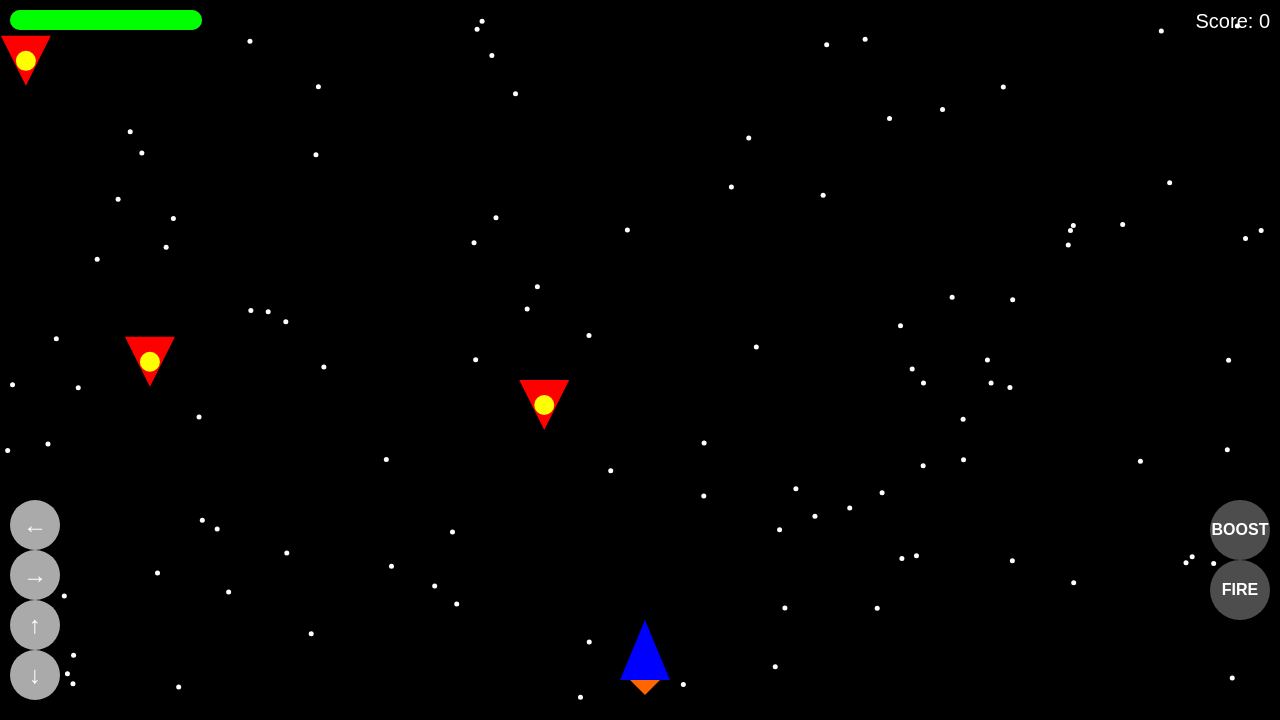
Repository: BiranOrundas/space-shooter
Page: space-shooter.html
An editor plug-in stored every save of this project. The page is shown before and after the next save, followed by the edit.
The browser window is 1280 px wide. The pictures show the whole page.

Above is the page before, as saved 2025-03-13 15:50:20.

### space-shooter.html
<!DOCTYPE html>
<html lang="en">
<head>
  <meta charset="UTF-8">
  <meta name="viewport" content="width=device-width, initial-scale=1.0">
  <title>Space Shooter</title>
  <style>
    body {
      margin: 0;
      overflow: hidden;
      touch-action: none;
      font-family: Arial, sans-serif;
      background-color: #000;
      display: flex;
      justify-content: center;
      align-items: center;
      height: 100vh;
    }

    #game-container {
      position: relative;
      width: 100vw;
      height: 100vh;
      background-color: #000;
      overflow: hidden;
      touch-action: none;
    }

    #game-canvas {
      width: 100%;
      height: 100%;
    }

    #controls {
      position: absolute;
      bottom: 20px;
      left: 0;
      width: 100%;
      display: flex;
      justify-content: space-between;
      z-index: 10;
    }

    .direction-btn {
      width: 50px;
      height: 50px;
      background-color: rgba(255, 255, 255, 0.3);
      border-radius: 50%;
      display: flex;
      justify-content: center;
      align-items: center;
      color: white;
      font-weight: bold;
      font-size: 24px;
      user-select: none;
      margin: 0 10px;
    }
    .direction-btnpress {
      width: 50px;
      height: 50px;
      background-color: rgba(24, 124, 4, 0.3);
      border-radius: 50%;
      display: flex;
      justify-content: center;
      align-items: center;
      color: white;
      font-weight: bold;
      font-size: 24px;
      user-select: none;
      margin: 0 10px;
    }

    .action-btn {
      width: 60px;
      height: 60px;
      background-color: rgba(255, 255, 255, 0.3);
      border-radius: 50%;
      display: flex;
      justify-content: center;
      align-items: center;
      color: white;
      font-weight: bold;
      font-size: 16px;
      user-select: none;
      margin: 0 10px;
    }

    #life-bar-container {
      position: absolute;
      top: 10px;
      left: 10px;
      width: 15%;
      height: 20px;
      background-color: rgba(255, 255, 255, 0.3);
      border-radius: 10px;
    }

    #life-bar {
      height: 100%;
      width: 100%;
      background-color: #0f0;
      border-radius: 10px;
      transition: width 0.5s;
    }

    #score {
      position: absolute;
      top: 10px;
      right: 10px;
      color: white;
      font-size: 20px;
    }

    #game-over {
      position: absolute;
      top: 0;
      left: 0;
      width: 100%;
      height: 100%;
      background-color: rgba(0, 0, 0, 0.8);
      display: none;
      flex-direction: column;
      justify-content: center;
      align-items: center;
      color: white;
      font-size: 30px;
      z-index: 20;
    }

    #restart-btn {
      margin-top: 20px;
      padding: 10px 20px;
      background-color: #0f0;
      color: black;
      border: none;
      border-radius: 5px;
      font-size: 18px;
      cursor: pointer;
    }

    .star {
      position: absolute;
      background-color: white;
      border-radius: 50%;
    }
  </style>
</head>
<body>
  <div id="game-container">
    <div id="life-bar-container">
      <div id="life-bar"></div>
    </div>
    <div id="score">Score: 0</div>
    <canvas id="game-canvas"></canvas>

    <div id="controls">
      <div id="movement-controls">
        <div name="leftButton" class="direction-btn" id="left-btn">←</div>
        <div name="rightButton" class="direction-btn" id="right-btn">→</div>
        <div name="upButton" class="direction-btn" id="up-btn">↑</div>
        <div name="downButton" class="direction-btn" id="down-btn">↓</div>
      </div>
      <div id="action-controls">
        <div class="action-btn" id="boost-btn">BOOST</div>
        <div class="action-btn" id="shoot-btn">FIRE</div>
      </div>
    </div>

    <div id="game-over">
      <div>GAME OVER</div>
      <div id="final-score">Score: 0</div>
      <button id="restart-btn">Restart</button>
    </div>
  </div>

  <script>
    // Game setup
    const canvas = document.getElementById('game-canvas');
    const ctx = canvas.getContext('2d');

    // Set canvas dimensions to match container
    const container = document.getElementById('game-container');
    canvas.width = container.clientWidth;
    canvas.height = container.clientHeight;

    // Game variables
    let score = 15000;
    let gameOver = false;
    let animationId;

    // Player variables
    const player = {
      x: canvas.width / 2 - 20,
      y: canvas.height - 100,
      width: 50,
      height: 60,
      speed: 5,
      boostedSpeed: 10,
      isBoosting: false,
      life: 100,
      color: '#00f',
      cooldown: 0,
      lastShot: 0
    };


    // Game elements arrays
    const bullets = [];
    const enemies = [];
    const stars = [];

    // Control variables
    let leftPressed = false;
    let rightPressed = false;
    let upPressed = false;
    let downPressed = false;
    let shootPressed = false;
    let boostPressed = false;

    // Generate stars for background
    function createStars() {
      const starCount = 100;
      for (let i = 0; i < starCount; i++) {
        stars.push({
          x: Math.random() * canvas.width,
          y: Math.random() * canvas.height,
          size: Math.random() * 1 + 0.5,
          speed: Math.random() * 2 + 1.9,

        });
      }
    }

    // Draw player's spaceship
    function drawPlayer() {
      // Draw player ship
      ctx.fillStyle = player.color;

      // Ship body
      ctx.beginPath();
      ctx.moveTo(player.x + player.width / 2, player.y);
      ctx.lineTo(player.x + player.width, player.y + player.height);
      ctx.lineTo(player.x, player.y + player.height);
      ctx.closePath();
      ctx.fill();

      // Engine flames
      if (player.isBoosting) {
        ctx.fillStyle = '#ff0';
      } else {
        ctx.fillStyle = '#f60';
      }

      const flameHeight = player.isBoosting ? 30 : 15;
      ctx.beginPath();
      ctx.moveTo(player.x + 10, player.y + player.height);
      ctx.lineTo(player.x + player.width / 2, player.y + player.height + flameHeight);
      ctx.lineTo(player.x + player.width - 10, player.y + player.height);
      ctx.closePath();
      ctx.fill();
    }

    // Create a bullet
    function shootBullet() {
      const now = Date.now();
      if (now - player.lastShot > 50 ) { // Cooldown in ms
        bullets.push({
          x: player.x + player.width / 2 - 3,
          y: player.y,
          width: 2,
          height: 10,
          speed: 20,
          color: '#f00'
        });
        player.lastShot = now;
      }
    }

    // Draw bullets
    function drawBullets() {
      bullets.forEach(bullet => {
        ctx.fillStyle = bullet.color;
        ctx.fillRect(bullet.x, bullet.y, bullet.width, bullet.height);
      });
    }

    // Create enemy ships
// Create enemy ships
function spawnEnemy() {
  if (Math.random() < 0.02 && !gameOver) {
    // Eğer boost aktifse, düşmanların hızını artır
    const enemySpeed = player.isBoosting ? Math.random() * 16 + 2 : Math.random() * 2 + 1;

    enemies.push({
      x: Math.random() * (canvas.width - 50),
      y: -50,
      width: 50,
      height: 50,
      speed: enemySpeed  // Boost durumuna göre hız
    });
  }
}


    // Draw enemy ships
    function drawEnemies() {
      enemies.forEach(enemy => {
        // Enemy ship body
        ctx.fillStyle = '#f00';
        ctx.beginPath();
        ctx.moveTo(enemy.x + enemy.width / 2, enemy.y + enemy.height);
        ctx.lineTo(enemy.x + enemy.width, enemy.y);
        ctx.lineTo(enemy.x, enemy.y);
        ctx.closePath();
        ctx.fill();

        // Enemy details
        ctx.fillStyle = '#ff0';
        ctx.beginPath();
        ctx.arc(enemy.x + enemy.width / 2, enemy.y + enemy.height / 2, 10, 0, Math.PI * 2);
        ctx.fill();
      });
    }

    // Draw stars background
    function drawStars() {
      ctx.fillStyle = 'white';
      stars.forEach(star => {
        ctx.beginPath();
        ctx.arc(star.x, star.y, star.size, 0, Math.PI * 2);
        ctx.fill();
      });
    }

    // Update star positions
  // Update star positions
function updateStars() {
  stars.forEach(star => {
    // Eğer boost aktifse, yıldızın hızını artır
    const speedFactor = player.isBoosting ? 3.5 : 1; // Boost aktifse hız 1.5 kat artar, yoksa normal hız

    star.y += star.speed * speedFactor; // Yıldızın hızı boost durumuna göre değişir
    star.size = 2 + 0.5;


    // Eğer yıldız ekranın dışına çıkarsa, konumunu sıfırlayın
    if (star.y > canvas.height) {
      star.y = 0;
      star.x = Math.random() * canvas.width;
    }
  });
}


// Update game elements
function updateGameElements() {

  if (leftPressed && player.x > 0) {
    player.x -= player.isBoosting ? player.boostedSpeed : player.speed;
    const LeftDirs = document.getElementsByName("leftButton");
LeftDirs.forEach(btn => {
    btn.style.backgroundColor = "#5CE65C";
});
  }else{
    const LeftDirs = document.getElementsByName("leftButton");
LeftDirs.forEach(btn => {
    btn.style.backgroundColor = "#AAAAAA";
})};



  if (rightPressed && player.x < canvas.width - player.width) {
    player.x += player.isBoosting ? player.boostedSpeed : player.speed;

    const rightDirs = document.getElementsByName("rightButton");
    rightDirs.forEach(btn => {
    btn.style.backgroundColor = "#5CE65C";
});
  }else{
    const rightDirs = document.getElementsByName("rightButton");
    rightDirs.forEach(btn => {
    btn.style.backgroundColor = "#AAAAAA";
})};


  if (upPressed && player.y < canvas.height - player.height) {
    player.y -= player.isBoosting ? player.boostedSpeed : player.speed;
    const upDirs = document.getElementsByName("upButton");
    upDirs.forEach(btn => {
    btn.style.backgroundColor = "#5CE65C";
});

  }else{
    const upDirs = document.getElementsByName("upButton");
    upDirs.forEach(btn => {
    btn.style.backgroundColor = "#AAAAAA";
})};






  if (downPressed && player.y < canvas.height - 20 - player.height) {
    player.y += player.isBoosting ? player.boostedSpeed : player.speed;
    const downDirs = document.getElementsByName("downButton");
    downDirs.forEach(btn => {
    btn.style.backgroundColor = "#5CE65C";
});

  }else{
    const downDirs = document.getElementsByName("downButton");
    downDirs.forEach(btn => {
    btn.style.backgroundColor = "#AAAAAA";
})};

  // Update bullets
  for (let i = 0; i < bullets.length; i++) {
    bullets[i].y -= bullets[i].speed;

    // Remove bullets that are off screen
    if (bullets[i].y < 0) {
      bullets.splice(i, 1);
      i--;
    }
  }

  // Update enemies
  for (let i = 0; i < enemies.length; i++) {
    enemies[i].y += enemies[i].speed;

    // Check for collision with player
    if (
      player.x < enemies[i].x + enemies[i].width &&
      player.x + player.width > enemies[i].x &&
      player.y < enemies[i].y + enemies[i].height &&
      player.y + player.height > enemies[i].y
    ) {
      // Player hit by enemy
      player.life -= 20;
      updateLifeBar();

      // Remove enemy
      enemies.splice(i, 1);
      i--;

      // Check game over
      if (player.life <= 0) {
        endGame();
      }

      continue;
    }

    // Check for bullets hitting enemies
    for (let j = 0; j < bullets.length; j++) {
      if (
        bullets[j].x < enemies[i].x + enemies[i].width &&
        bullets[j].x + bullets[j].width > enemies[i].x &&
        bullets[j].y < enemies[i].y + enemies[i].height &&
        bullets[j].y + bullets[j].height > enemies[i].y
      ) {
        // Enemy hit by bullet
        score += 50;
        updateScore();

      // Global variable to track if the bullet height has been changed
let bulletHeightUpdated = false;

// Inside the game loop or where you check the score
if (score >= 100 && !bulletHeightUpdated) {
    // Set the bullet height to 100
    bullets.forEach(bullet => {
        bullet.height = 100;
        bullet.color = "#00FF00"
    });

    // Mark the bullet height as updated
    bulletHeightUpdated = true;
}


        // Remove enemy and bullet
        enemies.splice(i, 1);
        bullets.splice(j, 1);
        i--;
        break;
      }
    }

    // Remove enemies that are off screen
    if (enemies[i] && enemies[i].y > canvas.height) {
      enemies.splice(i, 1);
      i--;
    }
  }
}


function Day() {
    const space = document.getElementById("game-container");

    setTimeout((randomColor) => {
        var randomColor = Math.floor(Math.random()*16777215).toString(16);
        space.style.backgroundColor = randomColor;
    },5500);
}


    // Update life bar
    function updateLifeBar() {
      const lifeBar = document.getElementById('life-bar');
      lifeBar.style.width = `${player.life}%`;

      // Change color based on life
      if (player.life > 60) {
        lifeBar.style.backgroundColor = '#0f0';
      } else if (player.life > 30) {
        lifeBar.style.backgroundColor = '#ff0';
      } else {
        lifeBar.style.backgroundColor = '#f00';
      }
    }

    // Update score display
    function updateScore() {
      document.getElementById('score').textContent = `Score: ${score}`;
    }

    // Game over
    function endGame() {
      gameOver = true;
      document.getElementById('game-over').style.display = 'flex';
      document.getElementById('final-score').textContent = `Score: ${score}`;
      cancelAnimationFrame(animationId);
    }

    // Main game loop
    function gameLoop() {
      // Clear canvas
      ctx.fillStyle = '#000';
      ctx.fillRect(0, 0, canvas.width, canvas.height);
        //Space Turning
      Day();

      // Draw stars
      drawStars();
      updateStars();

      // Spawn enemies
      spawnEnemy();


      // Update game elements
      updateGameElements();

      // Fire bullet if shoot button is pressed
      if (shootPressed) {
        shootBullet();
      }

      // Draw game elements
      drawPlayer();
      drawBullets();
      drawEnemies();

      // Continue game loop
      if (!gameOver) {
        animationId = requestAnimationFrame(gameLoop);
      }
    }

    // Event listeners for keyboard controls
    document.addEventListener('keydown', (e) => {
      if (e.key === 'ArrowLeft' || e.key === 'a') leftPressed = true;
      if (e.key === 'ArrowRight' || e.key === 'd') rightPressed = true;
      if (e.key === 'ArrowUp' || e.key === 'w') upPressed = true;
      if (e.key === 'ArrowDown' || e.key === 's') downPressed = true;
      if (e.key === ' ' || e.key === 'Enter') shootPressed = true;
      if (e.key === 'Shift') {
        boostPressed = true;
        player.isBoosting = true;
      }
    });

    document.addEventListener('keyup', (e) => {
      if (e.key === 'ArrowLeft' || e.key === 'a') leftPressed = false;
      if (e.key === 'ArrowRight' || e.key === 'd') rightPressed = false;
      if (e.key === 'ArrowUp' || e.key === 'w') upPressed = false;
      if (e.key === 'ArrowDown' || e.key === 's') downPressed = false;
      if (e.key === ' ' || e.key === 'Enter') shootPressed = false;
      if (e.key === 'Shift') {
        boostPressed = false;
        player.isBoosting = false;
      }
    });

    // Touch controls
    const leftBtn = document.getElementById('left-btn');
    const rightBtn = document.getElementById('right-btn');
    const shootBtn = document.getElementById('shoot-btn');
    const boostBtn = document.getElementById('boost-btn');

    leftBtn.addEventListener('touchstart', (e) => {
      e.preventDefault();
      leftPressed = true;
    });

    leftBtn.addEventListener('touchend', (e) => {
      e.preventDefault();
      leftPressed = false;
    });

    rightBtn.addEventListener('touchstart', (e) => {
      e.preventDefault();
      rightPressed = true;
    });

    rightBtn.addEventListener('touchend', (e) => {
      e.preventDefault();
      rightPressed = false;
    });

    shootBtn.addEventListener('touchstart', (e) => {
      e.preventDefault();
      shootPressed = true;
    });

    shootBtn.addEventListener('touchend', (e) => {
      e.preventDefault();
      shootPressed = false;
    });

    boostBtn.addEventListener('touchstart', (e) => {
      e.preventDefault();
      boostPressed = true;
      player.isBoosting = true;
    });

    boostBtn.addEventListener('touchend', (e) => {
      e.preventDefault();
      boostPressed = false;
      player.isBoosting = false;
    });

    // Mouse controls (for testing on desktop)
    leftBtn.addEventListener('mousedown', () => {
      leftPressed = true;
    });

    leftBtn.addEventListener('mouseup', () => {
      leftPressed = false;
    });

    rightBtn.addEventListener('mousedown', () => {
      rightPressed = true;
    });

    rightBtn.addEventListener('mouseup', () => {
      rightPressed = false;
    });

    shootBtn.addEventListener('mousedown', () => {
      shootPressed = true;
    });

    shootBtn.addEventListener('mouseup', () => {
      shootPressed = false;
    });

    boostBtn.addEventListener('mousedown', () => {
      boostPressed = true;
      player.isBoosting = true;
    });

    boostBtn.addEventListener('mouseup', () => {
      boostPressed = false;
      player.isBoosting = false;
    });

    // Restart game
    document.getElementById('restart-btn').addEventListener('click', () => {
      // Reset game state
      score = 0;
      gameOver = false;
      player.life = 100;
      player.x = canvas.width / 2 - 25;
      player.y = canvas.height - 100;
      player.isBoosting = false;

      // Clear arrays
      bullets.length = 0;
      enemies.length = 0;

      // Update UI
      updateScore();
      updateLifeBar();

      // Hide game over screen
      document.getElementById('game-over').style.display = 'none';

      // Start game loop
      gameLoop();
    });

    // Initialize game
    function initGame() {
      createStars();
      updateLifeBar();
      gameLoop();
    }

    // Start the game
    window.addEventListener('load', initGame);

    window.addEventListener('resize', () => {
  canvas.width = container.clientWidth;
  canvas.height = container.clientHeight;
});
  </script>
</body>
</html>

After the next save:
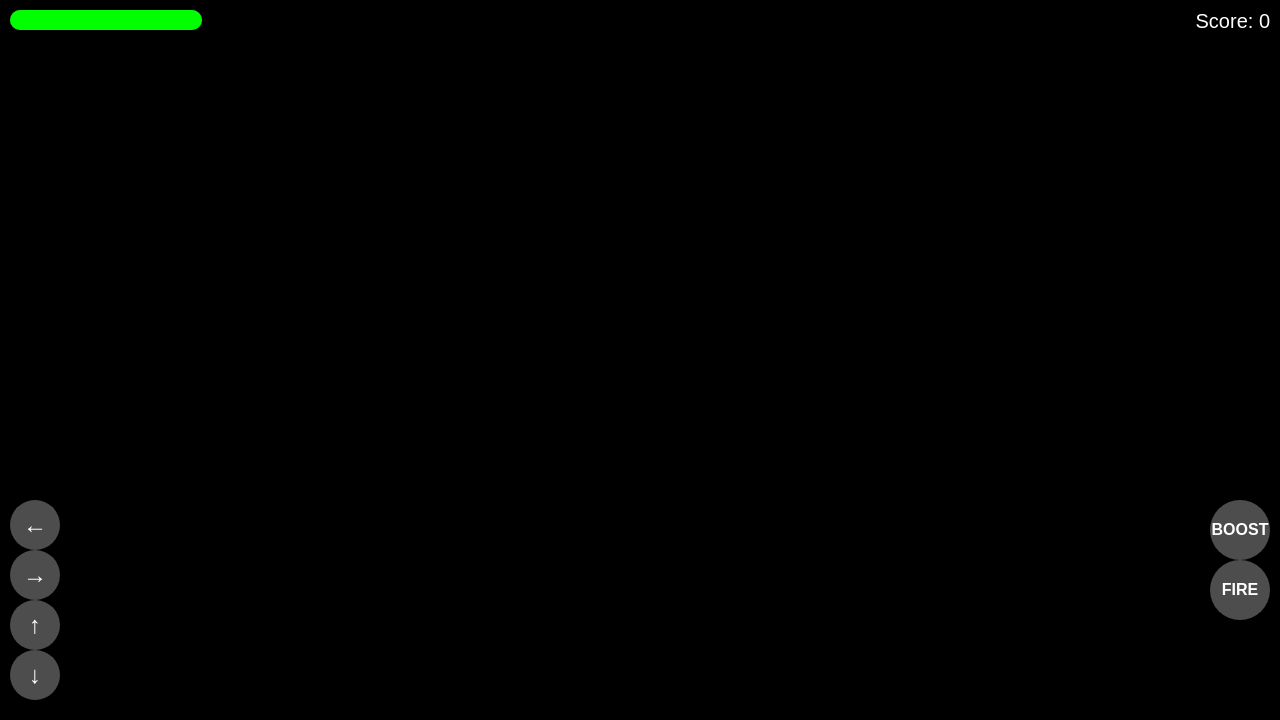
Console error: SyntaxError: Invalid or unexpected token
Saved 44 s later.
--- a/space-shooter.html
+++ b/space-shooter.html
@@ -224,7 +224,7 @@
         stars.push({
           x: Math.random() * canvas.width,
           y: Math.random() * canvas.height,
-          size: Math.random() * 1 + 0.5,
+          size: height = 5px
           speed: Math.random() * 2 + 1.9,
 
         });

After the 2 saves that followed:
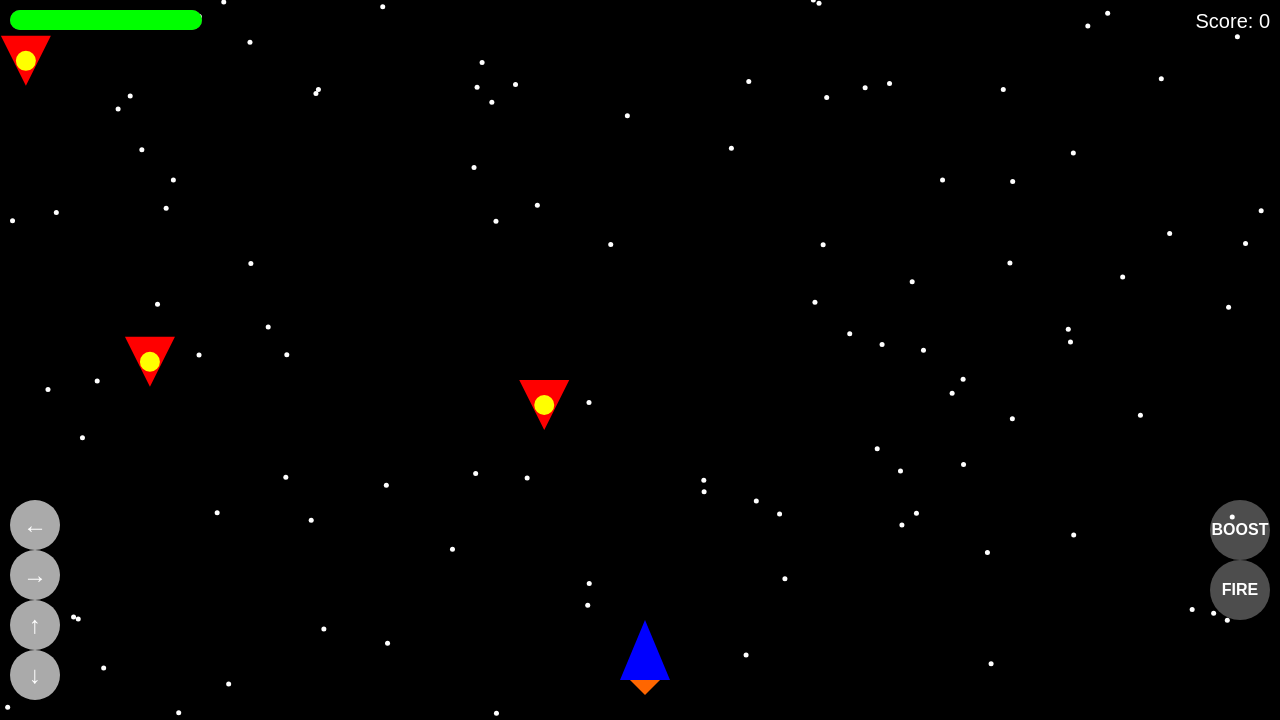
The error is gone.
The 2 saves are shown as one change because they came seconds apart.
The last was saved 7 s later.
--- a/space-shooter.html
+++ b/space-shooter.html
@@ -224,7 +224,7 @@
         stars.push({
           x: Math.random() * canvas.width,
           y: Math.random() * canvas.height,
-          size: height = 5px
+          size: height = "5px",
           speed: Math.random() * 2 + 1.9,
 
         });
